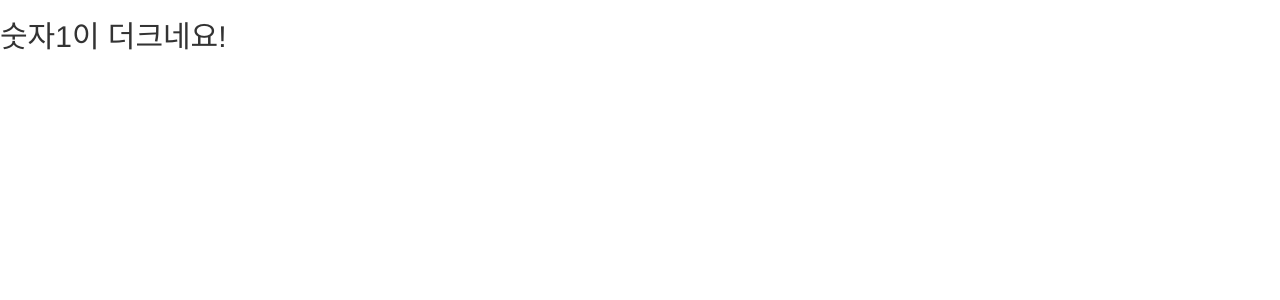
Repository: jungbee2/jungproject
Page: http://localhost/JstlProject/day0330/ex3_if.jsp
An editor plug-in stored every save of this project. The page is shown before and after a run of saves, followed by the edit.
The browser window is 1280 px wide. The pictures show the whole page.
Some web fonts or font styles are not loaded; a fallback is used. The page is served by Tomcat 9.

Above is the page before, as saved 2023-03-30 01:45:37.

After the next 2 saves:
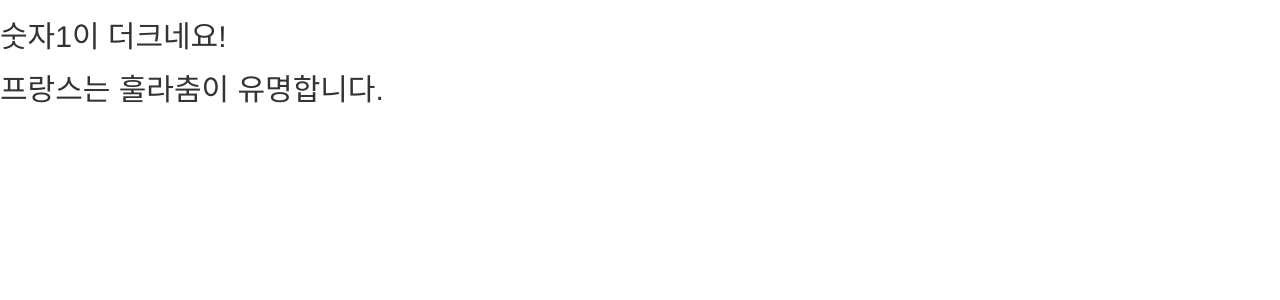
The 2 saves are shown as one change because they came seconds apart.
The last was saved 8 s later.
--- a/JstlProject/src/main/webapp/day0330/ex3_if.jsp
+++ b/JstlProject/src/main/webapp/day0330/ex3_if.jsp
@@ -37,6 +37,7 @@
 	</c:if>
 
 	<c:if test="${nara=='프랑스' }">
+	<h2>프랑스는 훌라춤이 유명합니다.</h2>
 	</c:if>
 </body>
 </html>
